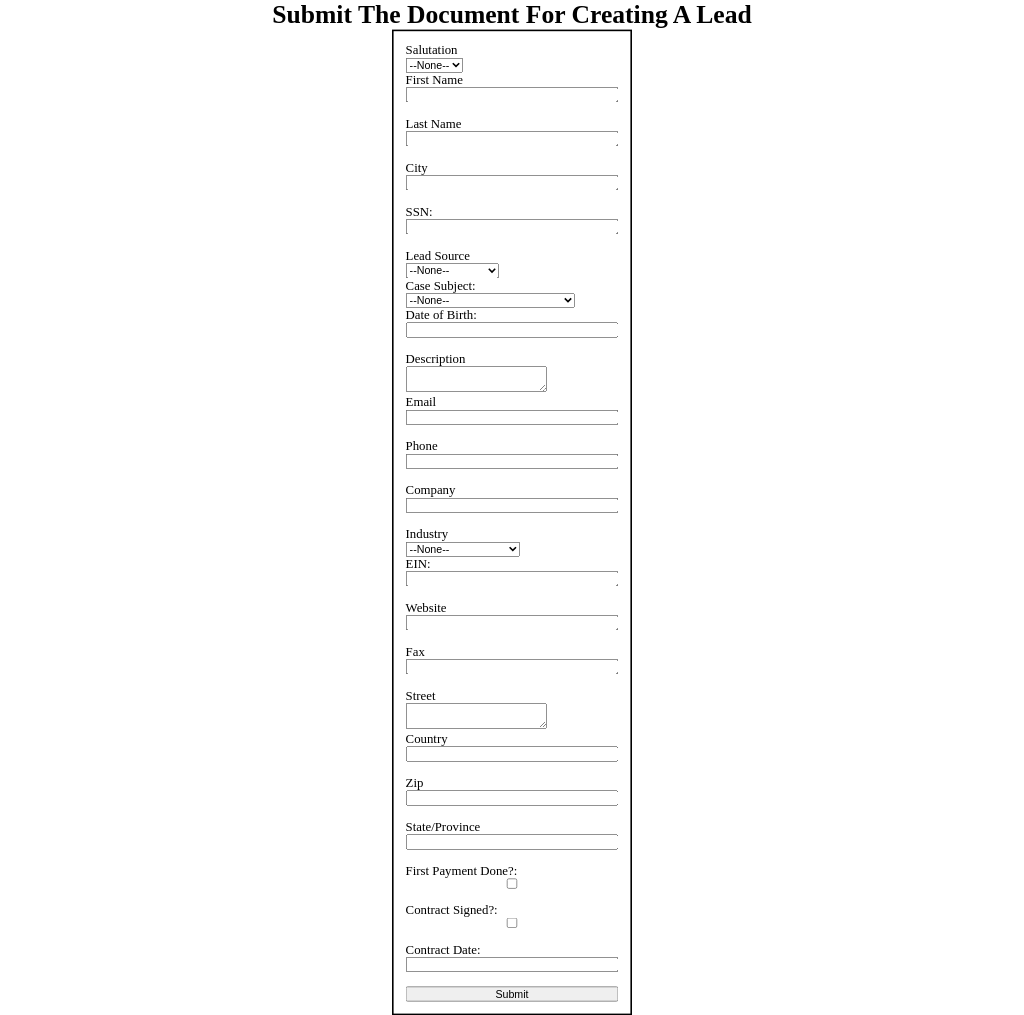
Repository: yaseminvural99/changeForce
Page: index.html
An editor plug-in stored every save of this project. The page is shown before and after a run of saves, followed by the edit.
The browser window is 1280 px wide. The pictures show the whole page, at 80% of full size.

Above is the page before, as saved 2024-04-26 21:50:47.

### index.html
<!DOCTYPE html>
<html lang="en">
<head>
    <meta charset="UTF-8">
    <meta name="'viewport" content="width=device-width, initial-scale=1.0">
    <title>Document</title>
    <link rel="stylesheet" href="style.css">
    <script>

    </script>
</head>
<body>
    <h1>Submit The Document For Creating A Lead</h1>

<META HTTP-EQUIV="Content-type" CONTENT="text/html; charset=UTF-8">


    <form action="https://test.salesforce.com/servlet/servlet.WebToLead?encoding=UTF-8&orgId=00DU8000000LYuv" method="POST">

    <input type=hidden name="oid" value="00DU8000000LYuv">
    <input type=hidden name="retURL" value="http://">


    <label for="salutation">Salutation</label><select  id="salutation" name="salutation"><option value="">--None--</option><option value="Mr.">Mr.</option>
    <option value="Ms.">Ms.</option>
    <option value="Mrs.">Mrs.</option>
    <option value="Dr.">Dr.</option>
    <option value="Prof.">Prof.</option>
    <option value="Mx.">Mx.</option>
    </select><br>

    <label for="first_name">First Name</label><input  id="first_name"  name="first_name" size="20" type="text" /><br>

    <label for="last_name">Last Name</label><input  id="last_name"  name="last_name" size="20" type="text" /><br>

    <label for="city">City</label><input  id="city" name="city" size="20" type="text" /><br>

    SSN:<input  id="00NU8000000K5Zp"  name="00NU8000000K5Zp" size="20" type="text" /><br>

    <label for="lead_source">Lead Source</label><select  id="lead_source" name="lead_source"><option value="">--None--</option><option value="Web">Web</option>
    <option value="Phone Inquiry">Phone Inquiry</option>
    <option value="Partner Referral">Partner Referral</option>
    <option value="Purchased List">Purchased List</option>
    <option value="Other">Other</option>
    </select><br>

    Case Subject:<select  id="00NU8000000K5Wb" name="00NU8000000K5Wb" title="Case Subject"><option value="">--None--</option><option value="Affirmative Asylum">Affirmative Asylum</option>
    <option value="AOS Through Asylum">AOS Through Asylum</option>
    <option value="AOS Through Lottery">AOS Through Lottery</option>
    <option value="AOS Through Marriage">AOS Through Marriage</option>
    <option value="Change of Status (B2-F1/J1-F1)">Change of Status (B2-F1/J1-F1)</option>
    <option value="Company Formation">Company Formation</option>
    <option value="Consular Processing (Marriage)">Consular Processing (Marriage)</option>
    <option value="Defensive Asylum (!Non-NTA)">Defensive Asylum (!Non-NTA)</option>
    <option value="Defensive Asylum (Non-NTA)">Defensive Asylum (Non-NTA)</option>
    <option value="Defensive Asylum (NTA)">Defensive Asylum (NTA)</option>
    <option value="E-2 (Change of status)">E-2 (Change of status)</option>
    <option value="E-2 visa">E-2 visa</option>
    <option value="General Immigration">General Immigration</option>
    <option value="I-130 (Marriage)">I-130 (Marriage)</option>
    <option value="I-601A Waiver">I-601A Waiver</option>
    <option value="I-730 (Asylee Relative Petition)">I-730 (Asylee Relative Petition)</option>
    <option value="I-751 (Removing Conditions)">I-751 (Removing Conditions)</option>
    <option value="I-765">I-765</option>
    <option value="J-1 2 Year Rule Waiver">J-1 2 Year Rule Waiver</option>
    <option value="K-1 visa">K-1 visa</option>
    <option value="Mandamus">Mandamus</option>
    <option value="Naturalization">Naturalization</option>
    <option value="Personal Injury">Personal Injury</option>
    <option value="Uncontested Divorce">Uncontested Divorce</option>
    <option value="U visa">U visa</option>
    <option value="VAWA">VAWA</option>
    </select><br>

    Date of Birth:<span class="dateInput dateOnlyInput"><input  id="00NU8000000K5bR" name="00NU8000000K5bR" size="12" type="text" /></span><br>

    <label for="description">Description</label><textarea name="description"></textarea><br>

    <label for="email">Email</label><input  id="email"  name="email" size="20" type="text" /><br>

    <label for="phone">Phone</label><input  id="phone" name="phone" size="20" type="text" /><br>

    <label for="company">Company</label><input  id="company" name="company" size="20" type="text" /><br>

    <label for="industry">Industry</label><select  id="industry" name="industry"><option value="">--None--</option><option value="Agriculture">Agriculture</option>
    <option value="Apparel">Apparel</option>
    <option value="Banking">Banking</option>
    <option value="Biotechnology">Biotechnology</option>
    <option value="Chemicals">Chemicals</option>
    <option value="Communications">Communications</option>
    <option value="Construction">Construction</option>
    <option value="Consulting">Consulting</option>
    <option value="Education">Education</option>
    <option value="Electronics">Electronics</option>
    <option value="Energy">Energy</option>
    <option value="Engineering">Engineering</option>
    <option value="Entertainment">Entertainment</option>
    <option value="Environmental">Environmental</option>
    <option value="Finance">Finance</option>
    <option value="Food &amp; Beverage">Food &amp; Beverage</option>
    <option value="Government">Government</option>
    <option value="Healthcare">Healthcare</option>
    <option value="Hospitality">Hospitality</option>
    <option value="Insurance">Insurance</option>
    <option value="Machinery">Machinery</option>
    <option value="Manufacturing">Manufacturing</option>
    <option value="Media">Media</option>
    <option value="Not For Profit">Not For Profit</option>
    <option value="Recreation">Recreation</option>
    <option value="Retail">Retail</option>
    <option value="Shipping">Shipping</option>
    <option value="Technology">Technology</option>
    <option value="Telecommunications">Telecommunications</option>
    <option value="Transportation">Transportation</option>
    <option value="Utilities">Utilities</option>
    <option value="Other">Other</option>
    </select><br>

    EIN:<input  id="00NU8000000K5YD"  name="00NU8000000K5YD" size="20" type="text" /><br>

    <label for="url">Website</label><input  id="url" name="url" size="20" type="text" /><br>

    <label for="fax">Fax</label><input  id="fax" name="fax" size="20" type="text" /><br>

    <label for="street">Street</label><textarea name="street"></textarea><br>

    <label for="country">Country</label><input  id="country"  name="country" size="20" type="text" /><br>

    <label for="zip">Zip</label><input  id="zip"name="zip" size="20" type="text" /><br>

    <label for="state">State/Province</label><input  id="state"  name="state" size="20" type="text" /><br>

    First Payment Done?:<input  id="00NU8000000K5d3" name="00NU8000000K5d3" type="checkbox" value="1" /><br>

    Contract Signed?:<input  id="00NU8000000K5gH" name="00NU8000000K5gH" type="checkbox" value="1" /><br>

    Contract Date:<span class="dateInput dateOnlyInput"><input  id="00NU8000000K5ef" name="00NU8000000K5ef" size="12" type="text" /></span><br>

    <input type="submit" name="submit">

    </form>
</body>
</html>

### style.css
*{
    margin: 0;
    padding: 0;
    box-sizing: border-box;
}
h1{
    text-align: center;
}
label, input{
    display: block;

}
label{
    ma
}
input{
    width: 100%;
}
form{
    min-width: 300px;
    max-width: 300px;
    margin: 0 auto;
    border: 2px solid black;
    padding: 15px;
}

After the next 4 saves:
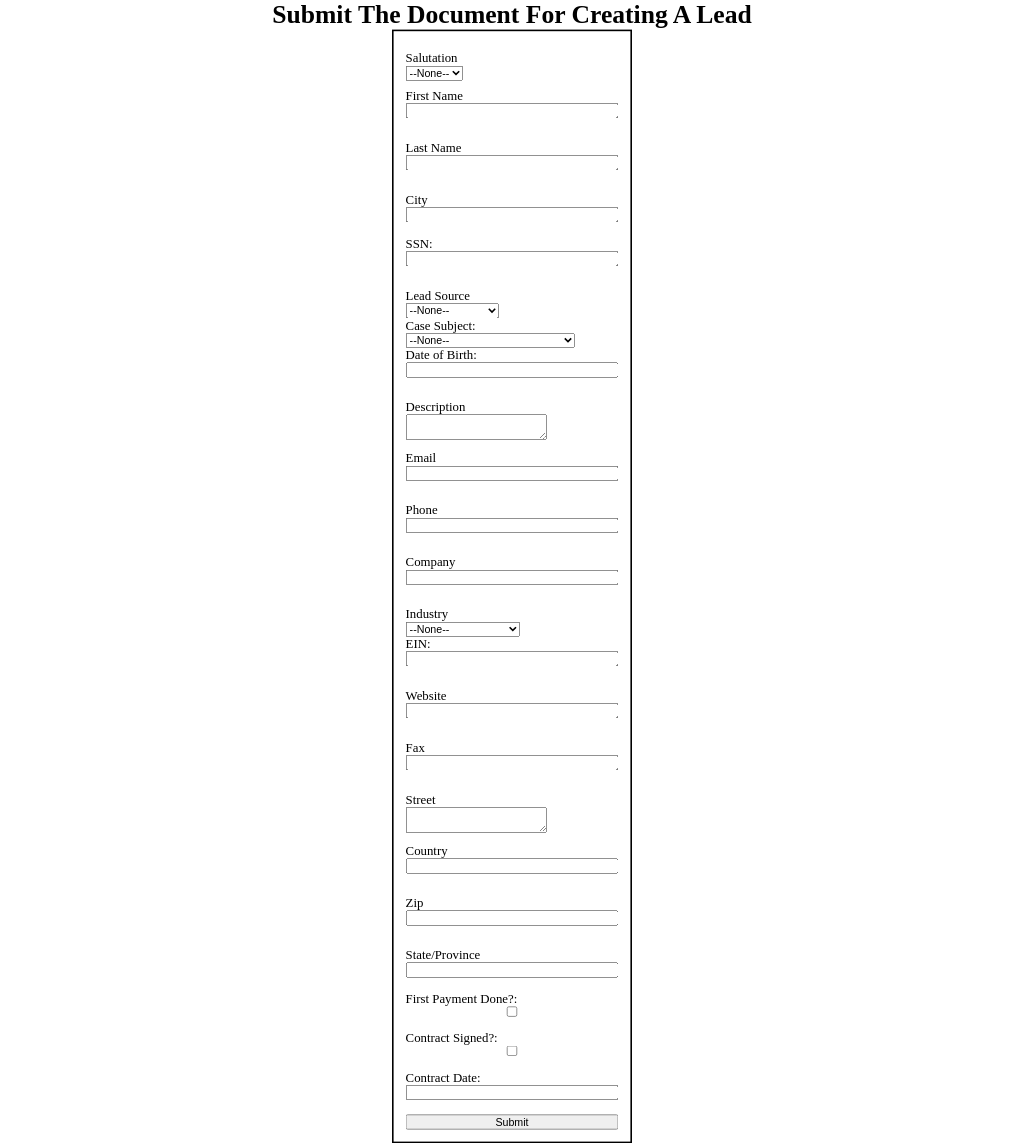
The 4 saves are shown as one change because they came seconds apart.
The last was saved 59 s later.
--- a/style.css
+++ b/style.css
@@ -11,7 +11,7 @@
 
 }
 label{
-    ma
+    margin-top: 10px;
 }
 input{
     width: 100%;

After the save that followed:
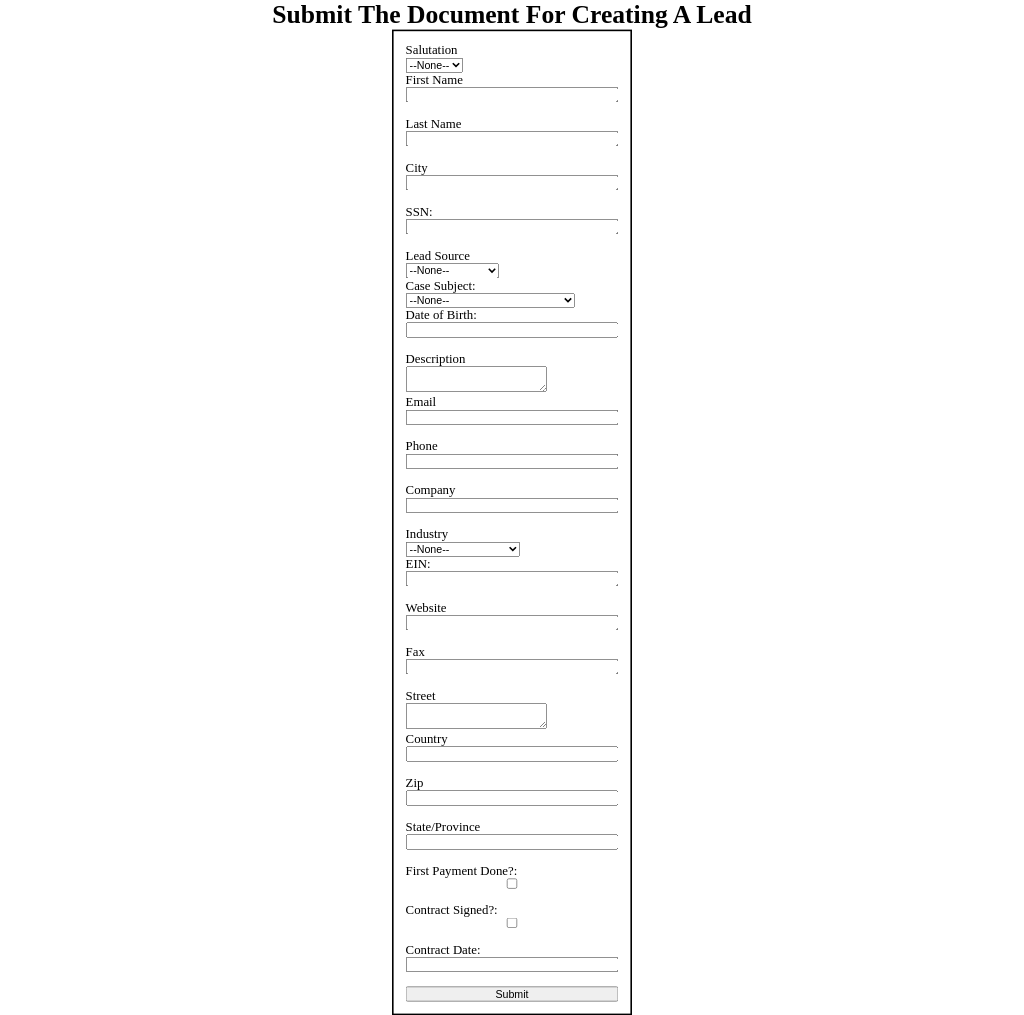
Saved 5 s later.
--- a/style.css
+++ b/style.css
@@ -11,7 +11,7 @@
 
 }
 label{
-    margin-top: 10px;
+    margin-top: ;
 }
 input{
     width: 100%;
